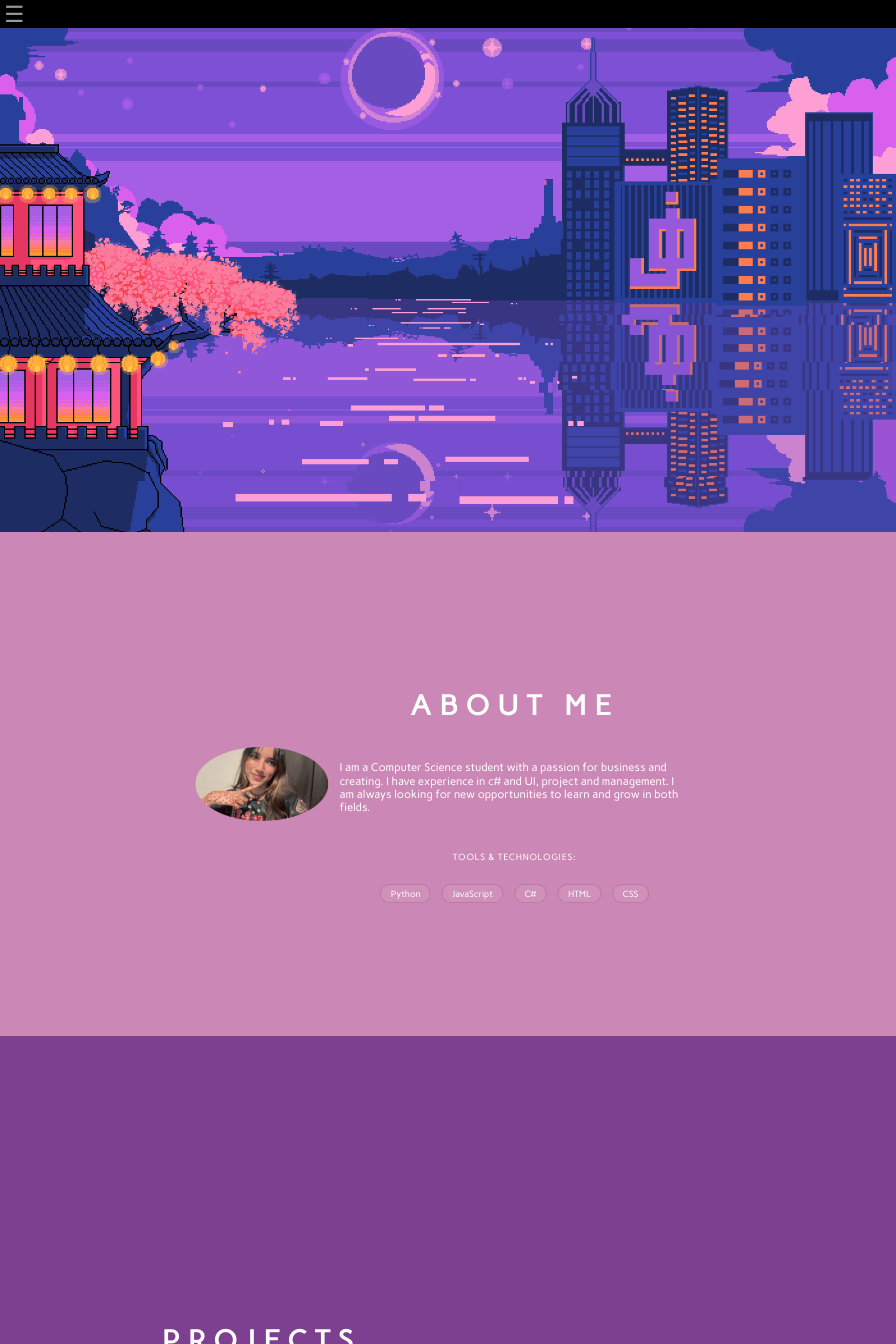
Repository: Rameen-A/Rameen-A
Page: index.html
An editor plug-in stored every save of this project. The page is shown before and after the next save, followed by the edit.
The browser window is 1280 px wide. The pictures show the part of the page from y = 0 to 1920 px (the page is 3273 px tall), at 70% of full size.

Above is the page before, as saved 2026-05-05 14:56:42.

After the next save:
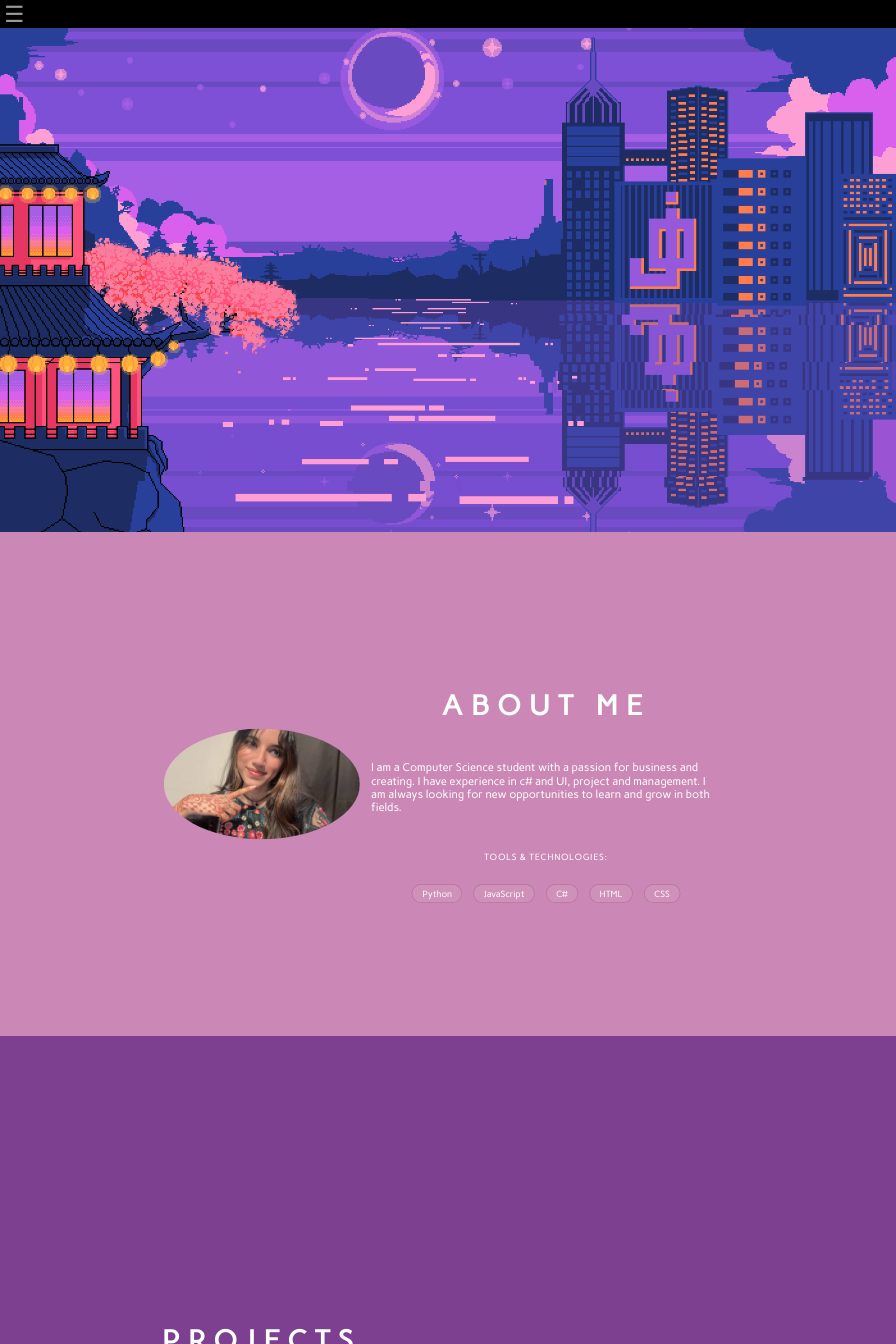
Saved 59 s later.
--- a/styles/index.css
+++ b/styles/index.css
@@ -89,7 +89,7 @@ article {
   vertical-align: middle;
   border: 3px solid rgba(118, 20, 57s, 0.2);
   width: 100%;
-  max-width: 190px;
+  max-width: 280px;
   height: auto;
   overflow: hidden;
 }
@@ -209,6 +209,12 @@ section:hover article {
 
   background-color: rgb(40, 20, 60);
 }
+.contact h1 {
+  font-size: 1.75rem;
+  margin-bottom: 1rem;
+  letter-spacing: 0.3em;
+  text-transform: uppercase;
+}
 .contact-cards {
   display: flex;
   flex-direction: column;
